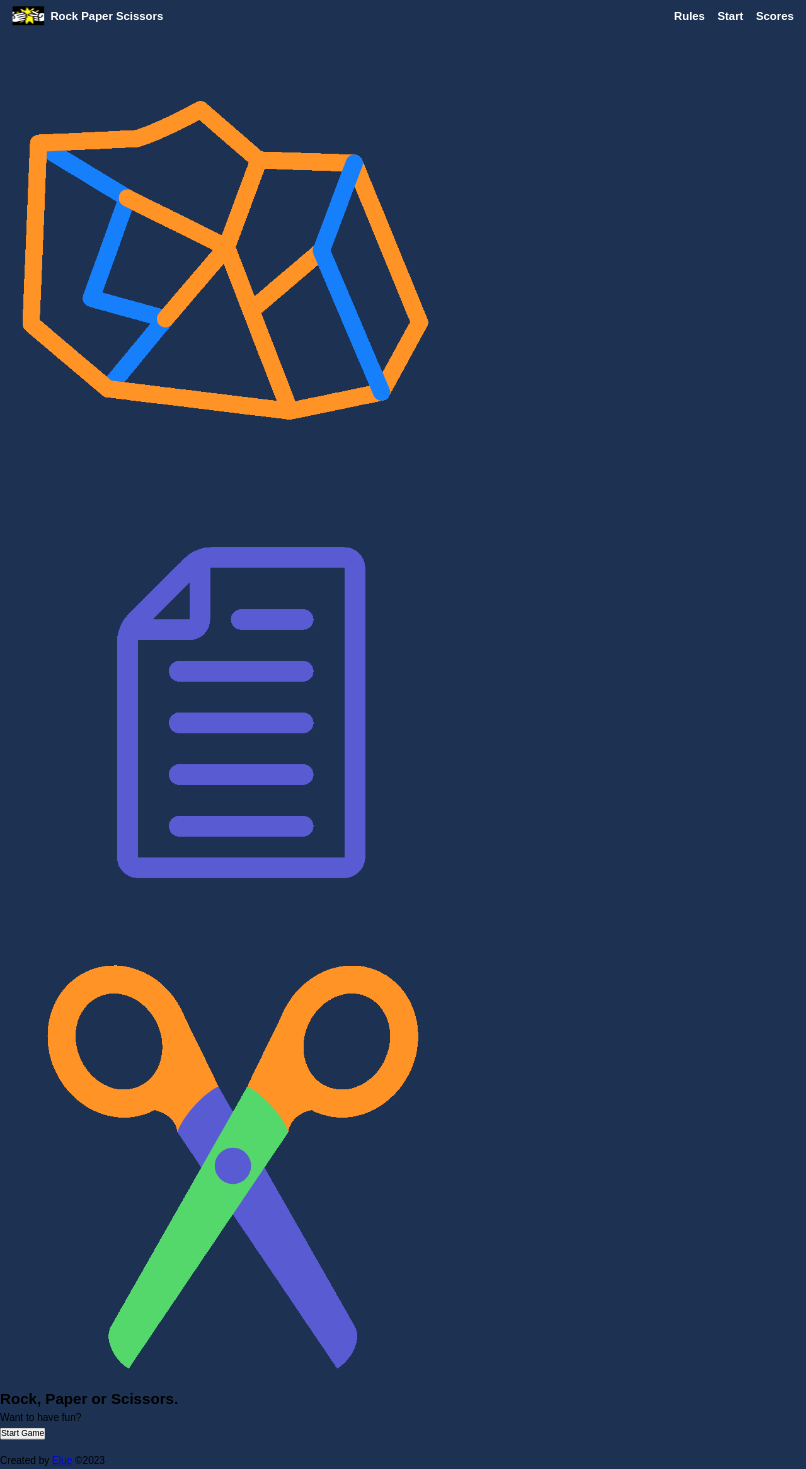
Repository: MikkyPrestige/rock-paper-scissors
Page: index.html
An editor plug-in stored every save of this project. The page is shown before and after the next save, followed by the edit.
The browser window is 1280 px wide. The pictures show the whole page, at 63% of full size.

Above is the page before, as saved 2023-05-08 04:14:25.

### index.html
<!DOCTYPE html>
<html lang="en">

<head>
  <meta charset="UTF-8">
  <meta http-equiv="X-UA-Compatible" content="IE=edge">
  <meta name="viewport" content="width=device-width, initial-scale=1.0">
  <title>Rock, Paper or Scissors Game</title>
  <link rel="stylesheet" href="./index.css">
  <!-- <script src="./index.js" defer></script> -->
</head>

<body>
  <main>
    <header>
      <figure>
        <img src="./img/logo.png" alt="Logo" class="logo">
        <figcaption>Rock Paper Scissors</figcaption>
      </figure>
      <nav>
        <ul>
          <li><a href="#">Rules</a></li>
          <li><a href="#">Start</a></li>
          <li><a href="#">Scores</a></li>
        </ul>
      </nav>
    </header>
    <section class="home">
      <div class="images">
        <img src="./img/Rock.gif" alt="Rock image" class="img">
        <img src="./img/Paper.gif" alt="Paper image" class="img">
        <img src="./img/Scissors.gif" alt="Scissors image" class="img">
      </div>
      <div class="content">
        <h1>Rock, Paper or Scissors.</h1>
        <p>Want to have <span>fun?</span></p>
        <button type="submit" class="btn">Start Game</button>
    </section>

    <footer>
      <p>Created by <a href="#" target="_blank">Elue</a> &copy;2023</p>
    </footer>
  </main>
</body>

</html>

### index.css
*,
*::after,
*::before {
  box-sizing: border-box;
  margin: 0;
  padding: 0;
}

html {
  font-size: 62.5%;
}

body {
  font-family: "Fira Sans", sans-serif;
  font-size: 1.6rem;
  line-height: 1.5;
  background: rgba(29, 50, 83, 1);
  width: 100%;
  height: 100%;
}

main {
  display: flex;
  flex-direction: column;
  justify-content: center;
  gap: 2rem;
  height: 100%;
  width: 100%;
}

header {
  display: flex;
  justify-content: space-between;
  align-items: center;
  padding: 1rem 2rem;
  width: 100%;
  height: auto;
}

figure {
  display: flex;
  align-items: center;
  gap: 1rem;
  height: auto;
}

.logo {
  width: 5rem;
  height: 3rem;
}

figcaption {
  font-size: 1.8rem;
  font-weight: 600;
  color: rgba(255, 255, 255, 1);
}

nav {
  height: auto;
}

ul {
  display: flex;
  justify-content: center;
  align-items: center;
  gap: 2rem;
  list-style: none;
}

li a {
  font-size: 1.8rem;
  font-weight: 600;
  color: rgba(255, 255, 255, 1);
  text-decoration: none;
}

After the next save:
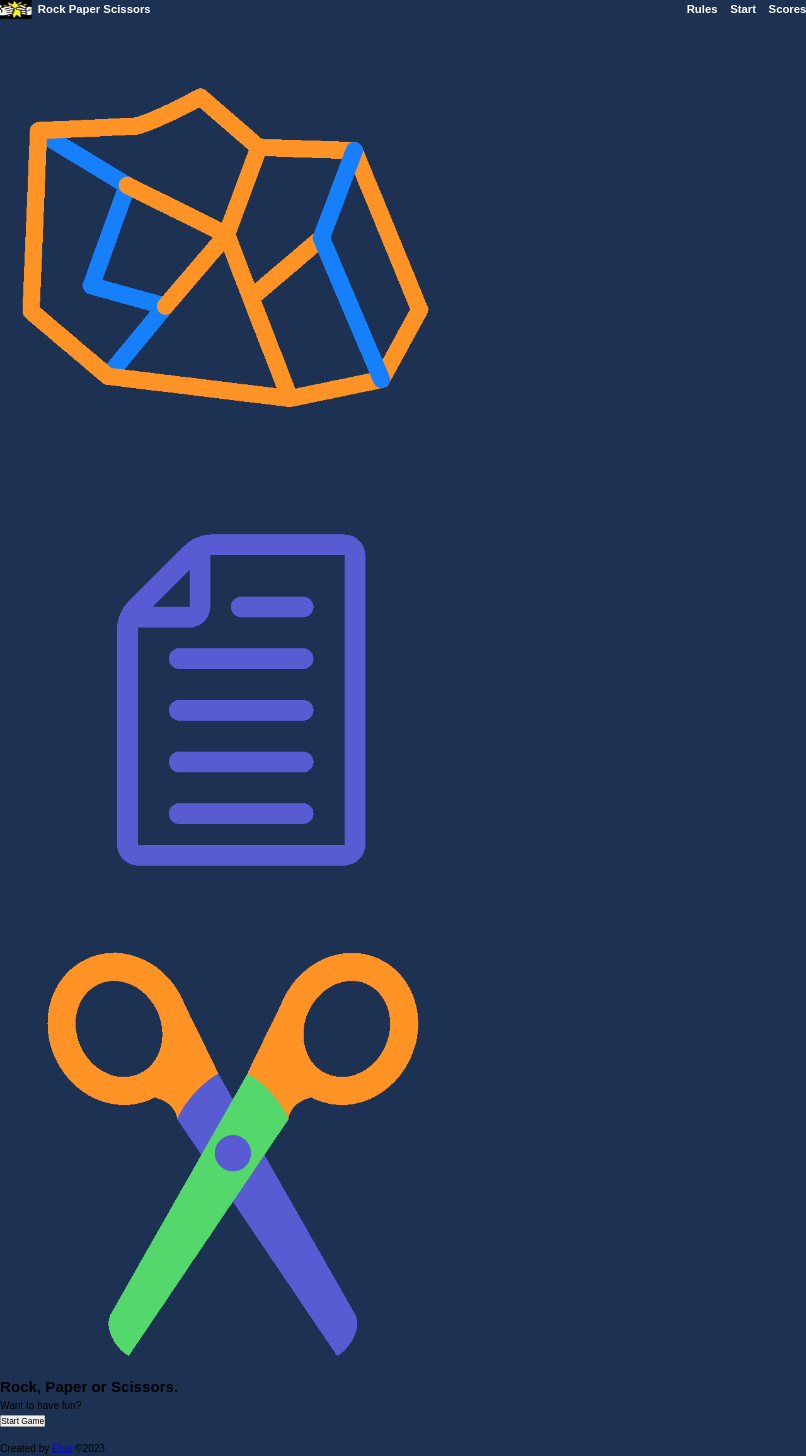
Saved 60 s later.
--- a/index.css
+++ b/index.css
@@ -32,7 +32,7 @@
   display: flex;
   justify-content: space-between;
   align-items: center;
-  padding: 1rem 2rem;
+  /* padding: 1rem 2rem; */
   width: 100%;
   height: auto;
 }

After the save that followed:
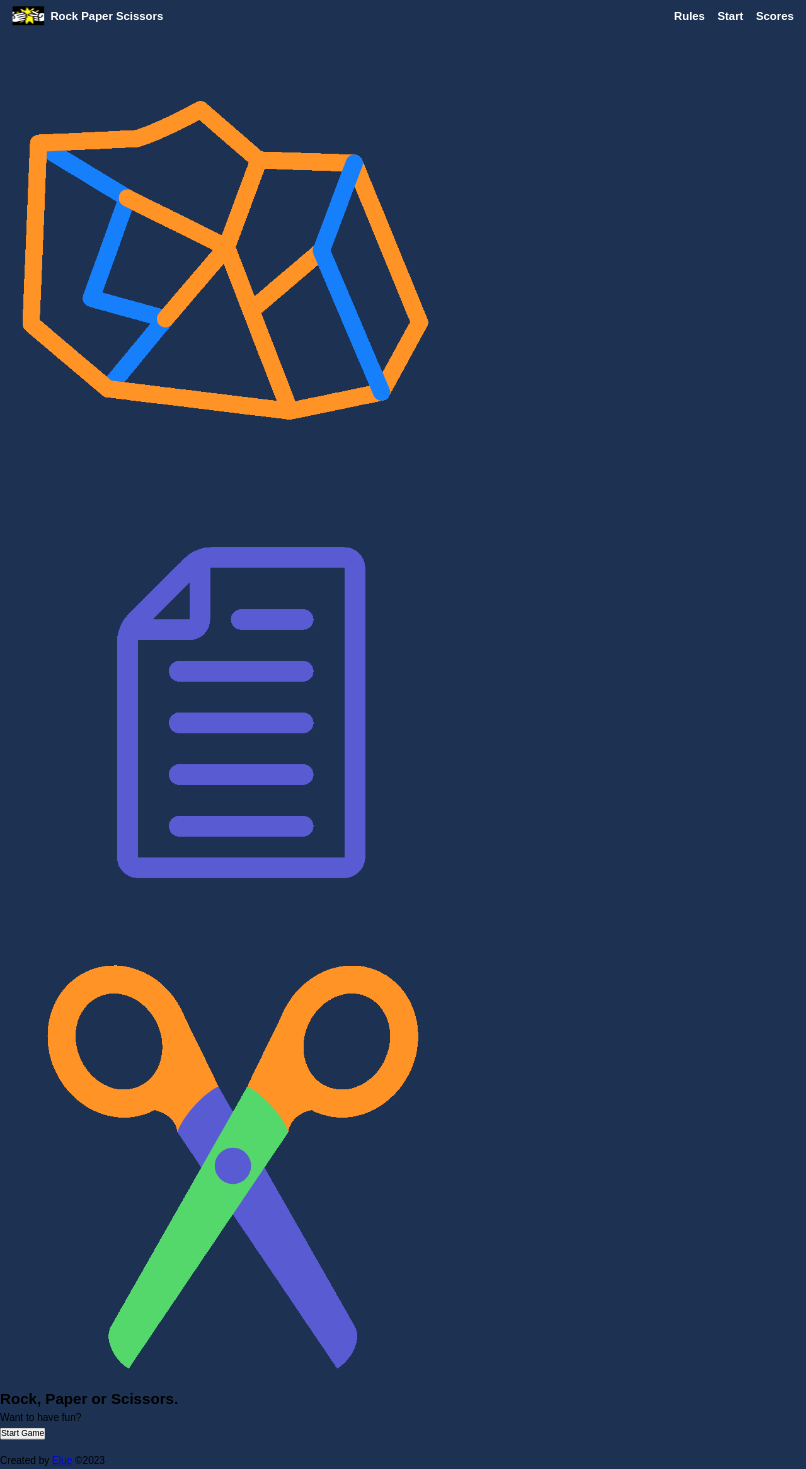
Saved 14 s later.
--- a/index.css
+++ b/index.css
@@ -32,7 +32,7 @@
   display: flex;
   justify-content: space-between;
   align-items: center;
-  /* padding: 1rem 2rem; */
+  padding: 1rem 2rem;
   width: 100%;
   height: auto;
 }
